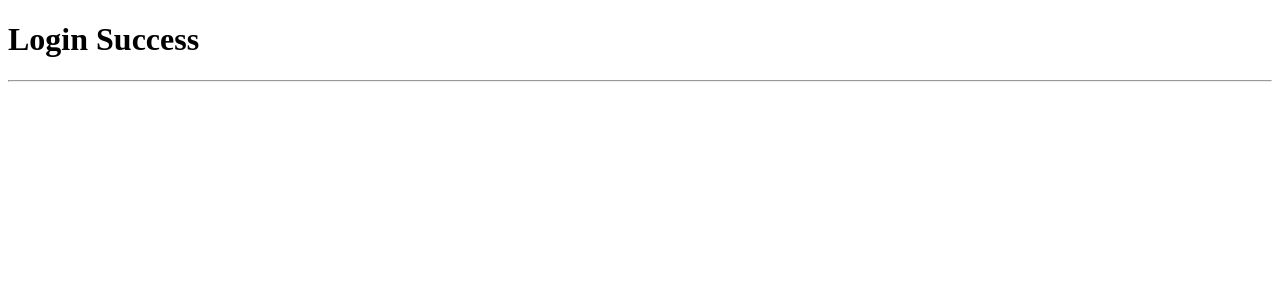
Repository: Nuouung/whois-project
Page: src/main/resources/templates/member/loginSuccess.html
These files come from the project's save history. The page is drawn as it stood at one moment and after the next save; the edit follows.
The browser window is 1280 px wide. The pictures show the whole page.

Above is the page before, as saved 2022-01-09 18:08:06.

### src/main/resources/templates/member/loginSuccess.html
<!DOCTYPE html>
<html
  lang="en"
  xmlns:th="http://www.thymeleaf.org"
  xmlns:sec="http://www.thymeleaf.org/extras/spring-security"
>
  <head>
    <meta charset="UTF-8" />
    <meta http-equiv="X-UA-Compatible" content="IE=edge" />
    <meta name="viewport" content="width=device-width, initial-scale=1.0" />
    <title>Document</title>
  </head>
  <body>
    <h1>Login Success</h1>
    <div sec:authentication="name"></div>
    <hr />
    <div sec:authentication="principal"></div>
  </body>
</html>

After the next save:
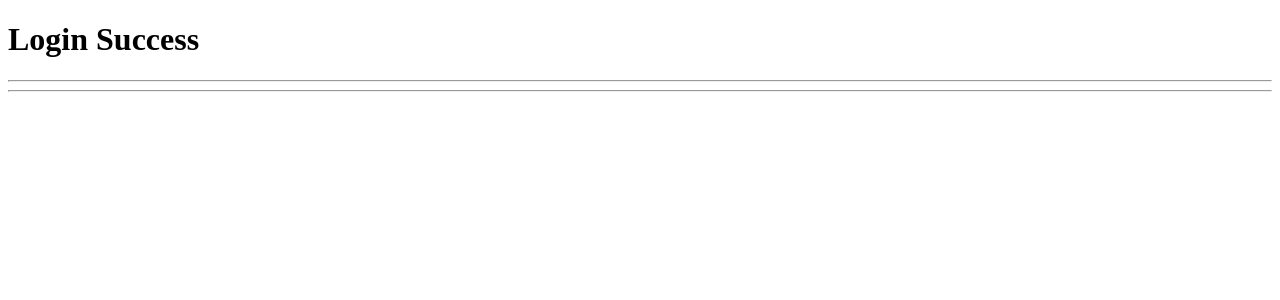
Saved 81 s later.
--- a/src/main/resources/templates/member/loginSuccess.html
+++ b/src/main/resources/templates/member/loginSuccess.html
@@ -15,5 +15,7 @@
     <div sec:authentication="name"></div>
     <hr />
     <div sec:authentication="principal"></div>
+    <hr />
+    <div sec:authentication="principal.phoneNumber"></div>
   </body>
 </html>
